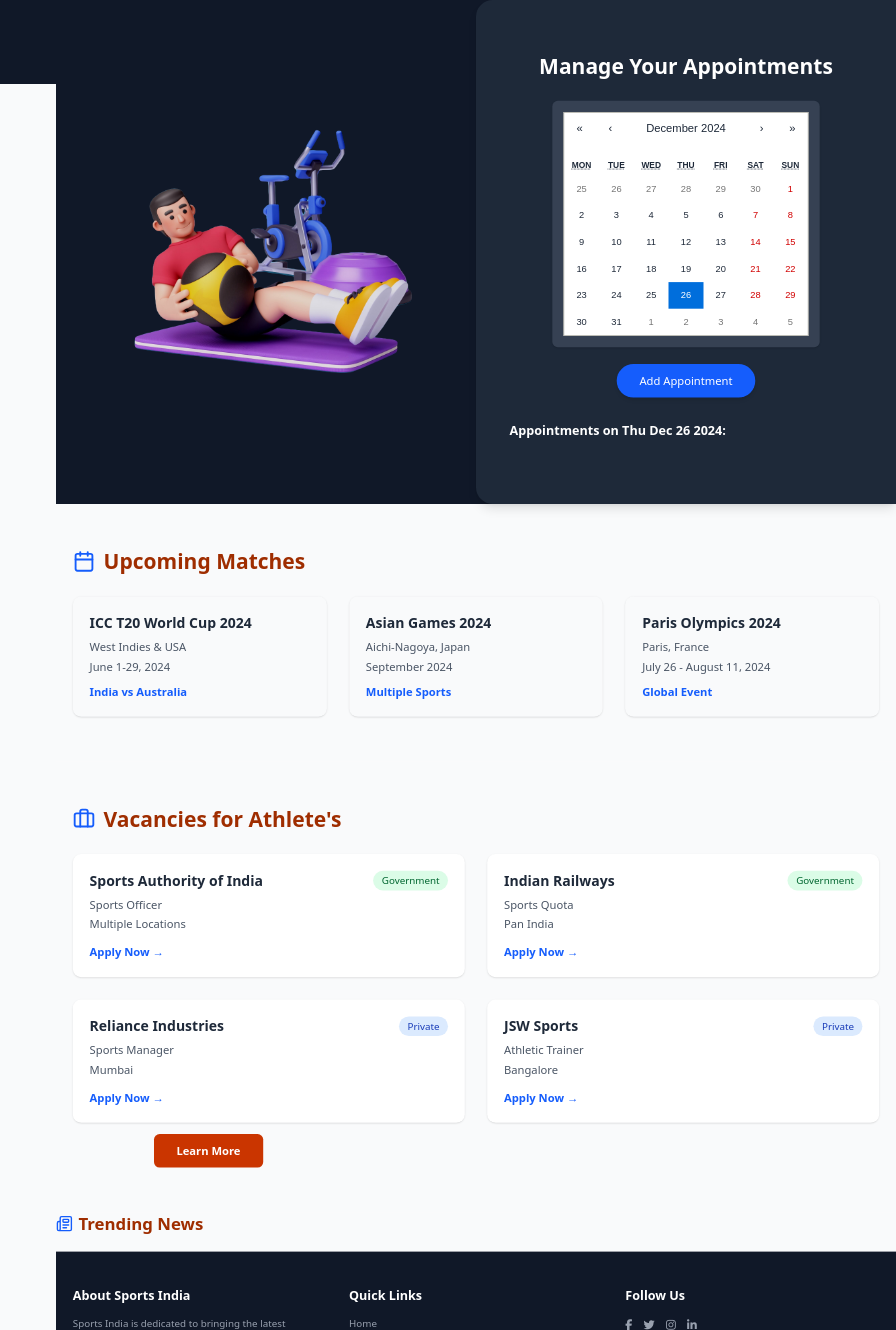
Repository: Shovon0004/Athlete
Page: / (app in Athlete/)
The author's editor kept a copy of each file at every save. The page is drawn from the files as they stood at one save, then again after the next save.
The browser window is 1280 px wide. The pictures show the part of the page from y = 600 to 2500 px (the page is 2684 px tall before and 1964 px after), at 70% of full size.
The page's requests for data from a server got no answer. The project was rebuilt for these pictures with package versions that can differ from the ones it lists, and the page was loaded fresh each time. No one was signed in, and anything a server would have sent is missing. Also part of the build but not shown: Athlete/vite.config.js.

Above is the page before, as saved 2025-01-26 22:59:50.

After the next save:
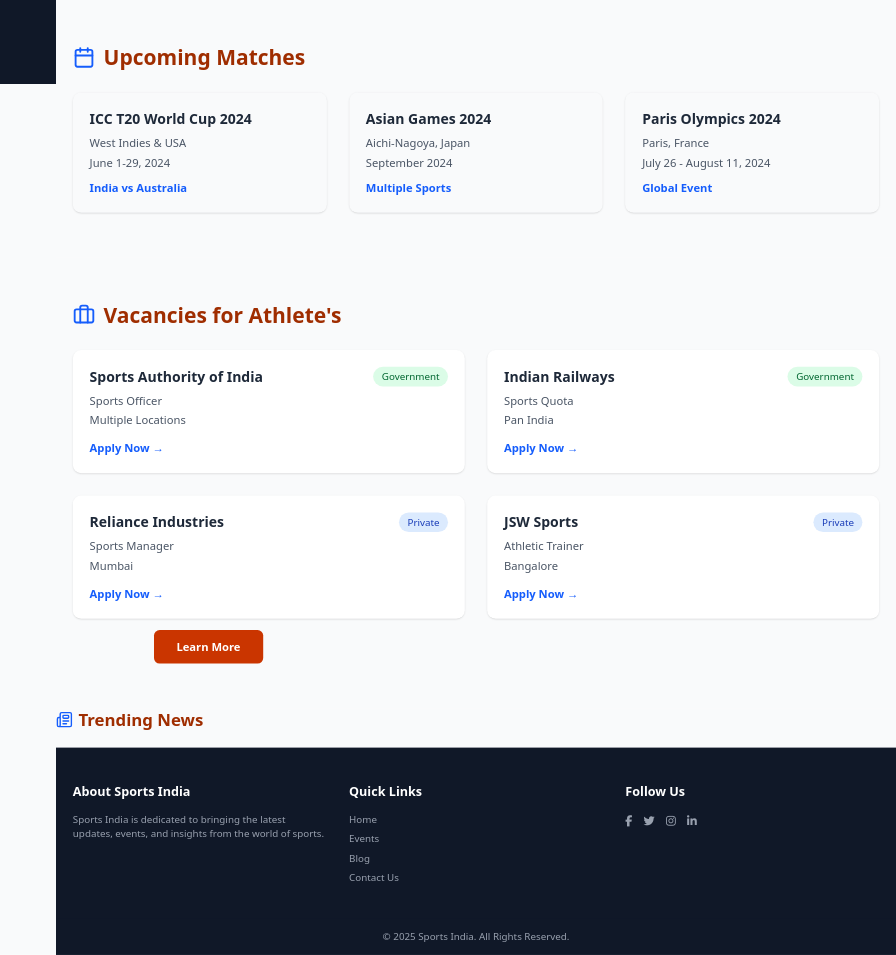
Saved 7 min 41 s later.
--- a/Athlete/src/components/HeroPage.jsx
+++ b/Athlete/src/components/HeroPage.jsx
@@ -122,7 +122,7 @@
           <ChevronRight className="w-6 h-6 text-white" />
         </button>
       </div>
-      <AppointmentPage/>
+
 
       {/* Upcoming Matches Section */}
       <section className="py-16 ">
